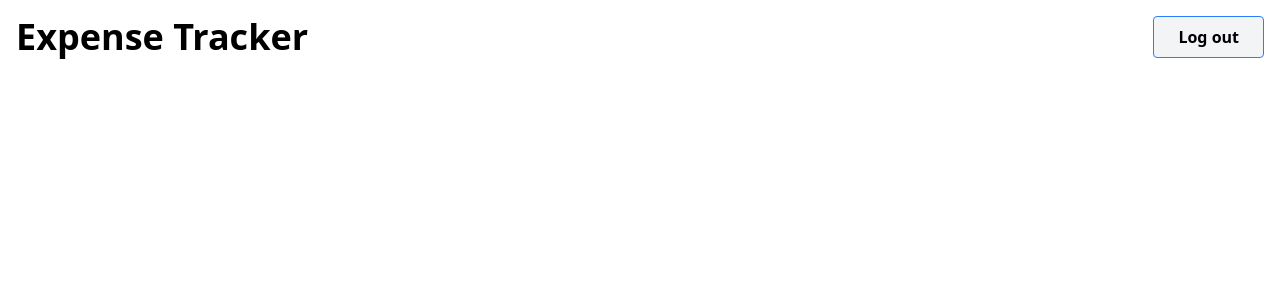
Repository: Syed-Mohsin-Ali786/frontend-expense-tracker
Page: /
An editor plug-in stored every save of this project. The page is shown before and after the next save, followed by the edit.
The browser window is 1280 px wide. The pictures show the whole page.
The project was rebuilt for these pictures with package versions that can differ from the ones it lists, and the page was loaded fresh each time.

Above is the page before, as saved 2025-09-28 13:51:11.

After the next save:
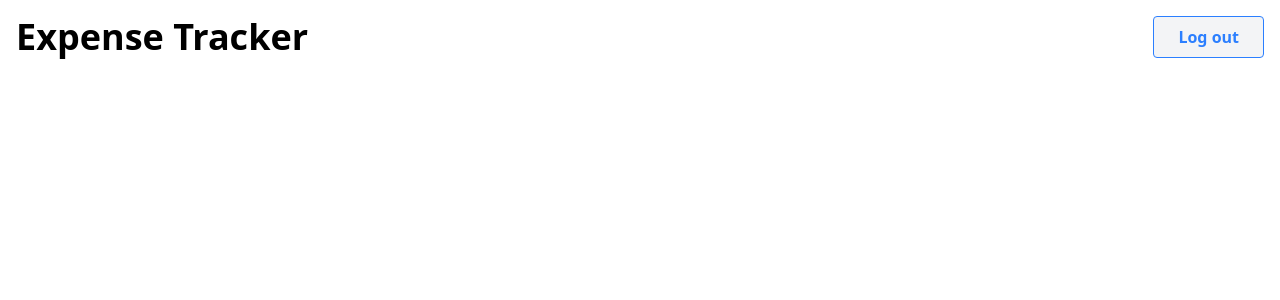
Saved 12 s later.
--- a/src/App.tsx
+++ b/src/App.tsx
@@ -8,7 +8,7 @@ function App() {
     <div className=' mt-4 mx-4'>
       <header className='flex items-center justify-between'>
      <h1 className='text-4xl font-semibold'>Expense Tracker</h1>
-     <button className='bg-gray-100 border border-blue-500 py-2 px-6 rounded font-semibold'>Log out</button>
+     <button className='bg-gray-100 border border-blue-500 py-2 px-6 rounded font-semibold text-blue-500'>Log out</button>
       </header>
 
     </div>
